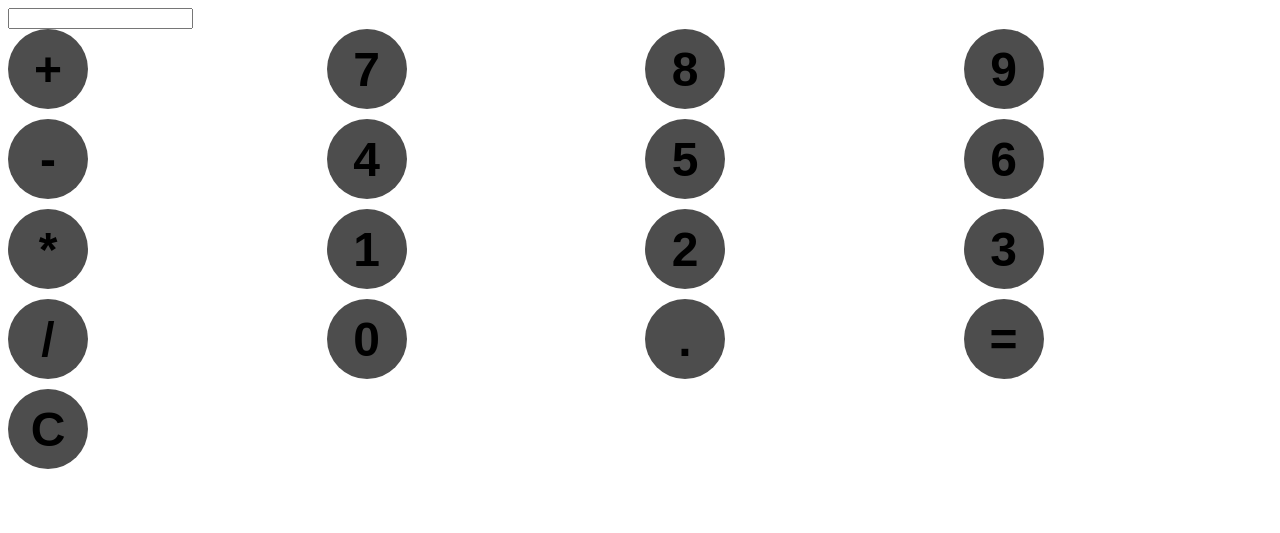
Repository: Haakim19/JavaScript
Page: Calculater/Main.html
An editor plug-in stored every save of this project. The page is shown before and after the next save, followed by the edit.
The browser window is 1280 px wide. The pictures show the whole page.

Above is the page before, as saved 2024-10-22 21:42:44.

### Calculater/Main.html
<!DOCTYPE html>
<html lang="en">
<head>
    <meta charset="UTF-8">
    <meta name="viewport" content="width=device-width, initial-scale=1.0">
    <title>Calculator</title>
    <link rel="stylesheet" href="Main.css">
</head>
<body>
    <div class="calculator">
        <input type="display" readonly>
        <div class="keys">
            <button onclick="appentToDisplay('+')">+</button>
            <button onclick="appentToDisplay('7')">7</button>
            <button onclick="appentToDisplay('8')">8</button>
            <button onclick="appentToDisplay('9')">9</button>
            <button onclick="appentToDisplay('-')">-</button>
            <button onclick="appentToDisplay('4')">4</button>
            <button onclick="appentToDisplay('5')">5</button>
            <button onclick="appentToDisplay('6')">6</button>
            <button onclick="appentToDisplay('*')">*</button>
            <button onclick="appentToDisplay('1')">1</button>
            <button onclick="appentToDisplay('2')">2</button>
            <button onclick="appentToDisplay('3')">3</button>
            <button onclick="appentToDisplay('/')">/</button>
            <button onclick="appentToDisplay('0')">0</button>
            <button onclick="appentToDisplay('.')">.</button>
            <button onclick="calculate()">=</button>
            <button onclick="clear">C</button>
        </div>
    </div>

</body>
</html>

### Calculater/Main.css
.keys{
    display: grid;
    grid-template-columns: repeat(4, 1fr);
    gap: 10px;
}
button{
    width: 80px;
    height: 80px;
    border-radius: 50px;
    border: none;
    font-size: 3rem;
    background-color: hsl(0, 0%, 30%);
    font-weight: bold;
    cursor: pointer;
}

After the next save:
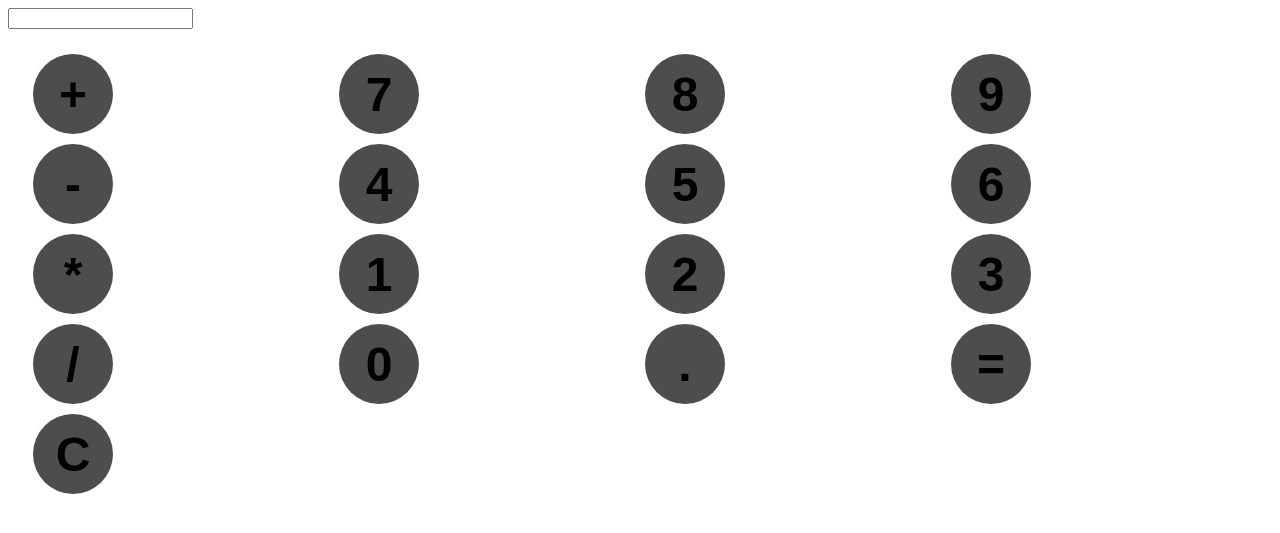
Saved 31 s later.
--- a/Calculater/Main.css
+++ b/Calculater/Main.css
@@ -1,7 +1,11 @@
+.calculate{
+    font-family: monospace;
+}
 .keys{
     display: grid;
     grid-template-columns: repeat(4, 1fr);
     gap: 10px;
+    padding: 25px;
 }
 button{
     width: 80px;
